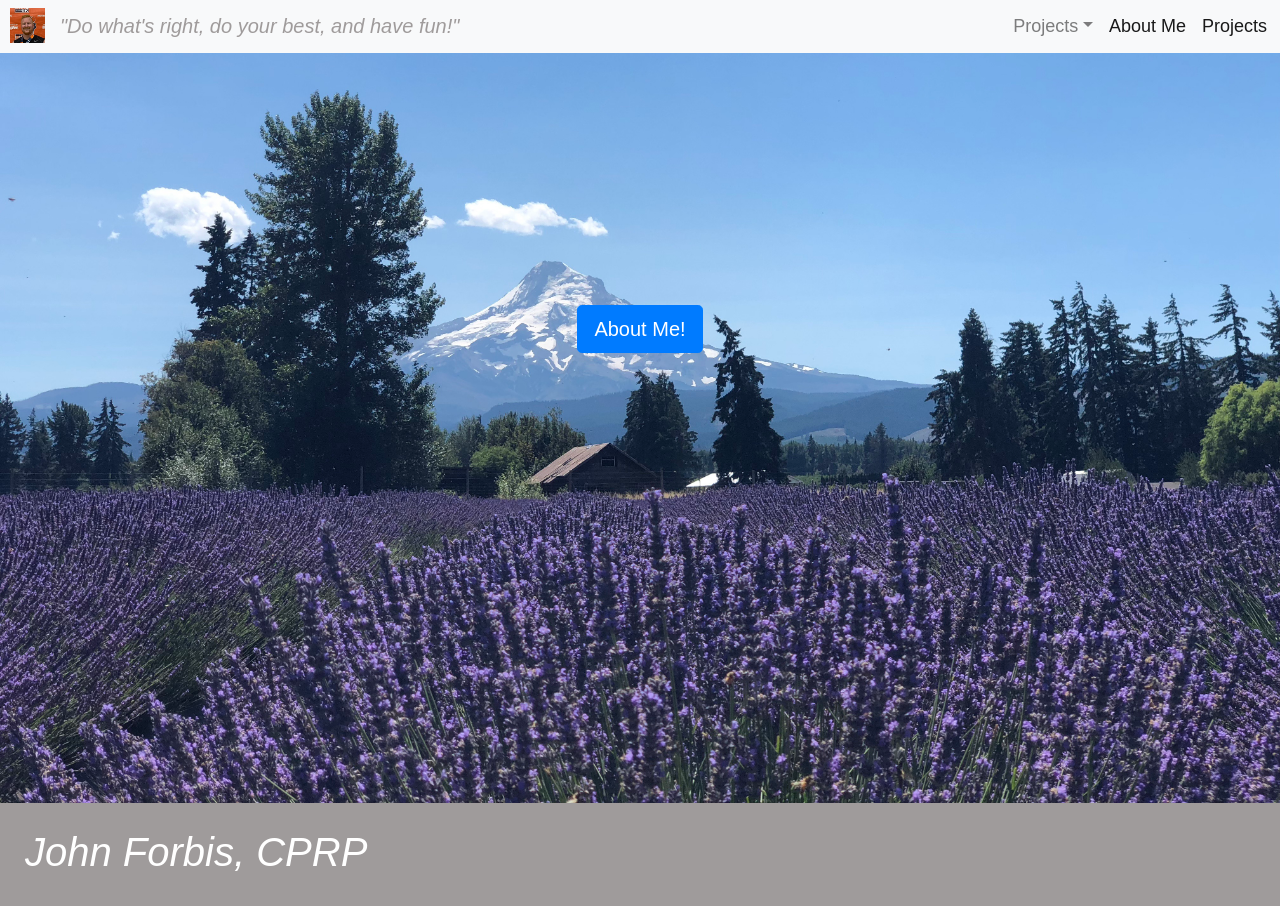
Repository: jforbis/john-forbis-data-analyst
Page: index.html
These files come from the project's save history. The page is drawn as it stood at one moment and after the next save; the edit follows.
The browser window is 1280 px wide. The pictures show the part of the page from y = 0 to 906 px (the page is 1929 px tall before and 2429 px after).
A picture or video elsewhere on the page could not be fetched, so the positions and the page height are approximate. Backgrounds fixed to the window are drawn as part of the page.

Above is the page before, as saved 2021-03-31 21:38:37.

### index.html
<!DOCTYPE html>
<html lang="en">

<head>
<meta charset="UTF-8">
<title class="text">John Forbis, CPRP</title>
<!--Bootstrap style sheet-->
<link rel="stylesheet" href="https://stackpath.bootstrapcdn.com/bootstrap/4.3.1/css/bootstrap.min.css" integrity="sha384-ggOyR0iXCbMQv3Xipma34MD+dH/1fQ784/j6cY/iJTQUOhcWr7x9JvoRxT2MZw1T" crossorigin="anonymous">
<!--link to style sheet-->
<link rel="stylesheet" type="text/css" href="static/css/style.css">
</head>

<!--Top Nav Bar-->
<nav class="navbar-expand-lg navbar-light bg-light nav-color navbar nav">
    <a class="navbar-brand" href="about_me.html">
        <img class="headshot-sm" src="resources/images/headshot.jpg">
    </a>
    <a class="navbar-brand" id="tagline" href="index.html"> <i>"Do what's right, do your best, and have fun!"</i></a>
    <button class="navbar-toggler" type="button" data-bs-toggle="collapse" data-bs-target="#navbarSupportedContent"
        aria-controls="navbarSupportedContent" aria-expanded="false" aria-label="Toggle navigation">
        <span class="navbar-toggler-icon"></span>
    </button>
    <div class="collapse navbar-collapse justify-content-end" id="navbarSupportedContent">
        <div class="nav navbar-nav navbar-right">
            <ul class="navbar-nav me-auto mb-2 mb-lg-0">
                <li class="nav-item dropdown">
                    <a class="nav-link dropdown-toggle" href="#" id="navbarDropdown" role="button"
                        data-bs-toggle="dropdown" aria-expanded="false">Projects</a>
                    <ul class="dropdown-menu" aria-labelledby="navbarDropdown">
                        <a class="dropdown-item" href="#">Schooling</a>
                        <a class="dropdown-item" href="#">Career</a>
                        <a class="dropdown-item" href="#">Accolades</a>
                    </ul>
                </li>
                <li class="nav-item active">
                    <a class="nav-link" href="#">About Me </a>
                </li>
                <li class="nav-item active">
                    <a class="nav-link" href="#">Projects </a>
                </li>
            </ul>
        </div>
    </div>
</nav>

<div class="wrapper">
    <!-- <nav class="navbar navbar-default">
        <div class="container-fluid">
        <div class="navbar-header">
            <!-- <a class="navbar-brand" href="index.html">UFO Sightings
            <img class="nav-ufo" src="resources/images/headshot.jpg">
            </a> -->
        <!-- </div>
        </div>
    </nav> -->
    <div class="hero text-center">
        <h1 class="text"><b>JOHN FORBIS, CPRP</b></h1>
        <p><a class="btn btn-primary btn-lg" href="#me" role="button">About Me!</a></p>
    </div>

<body>
    <div class="v1"></div>
    <h1><i id="me">John Forbis, CPRP</i></h1>
    <hr>
    <table>
        <tr>
            <td>
                <div class="card" style="width: 40rem;">
                    <div><img src="resources/images/headshot.jpg" class="headshot-md" alt="..."></div>
                    <div class="card-body">
                        <h5 class="card-title"><b>Who I Am:</b></h5>
                        <p class="card-text">
                        <div id="whoiam"><i><b>Data analyst with a passion for innovation, data analysis and keeping it fun!</b></i></div>
                        <br>
                        With a background in public service, facility management, and leadership of
                        muli-level teams as well as extensive training in both leadership and data analytics
                        through the Leadership Intensive program by The Changing Point and the University
                        of Kansas Data Analytics boot camp respectively, I would make a great addition
                        to any team. Acquired skills in: advanced Excel, Tableau, PowerBI, Python, Pandas, API calls,
                        SQL, Java Script, flask app, and Machine Learning.
                        <br><br>
                        I enjoy a good problem needing solved
                        and love to utilize data to tell the story. I am a proven innovator in my
                        career with a ‘can-do’ mindset; always searching for new and better solutions.

                    </p>
                    <a target=blank href="https://www.linkedin.com/in/john-forbis-cprp-96921513/" class="btn btn-primary">Connect with me!</a>
                    </div>
                </div>
            </td>
            <td style="vertical-align:bottom">
                <div class="second_card" style="width: 40rem;">
                        <div class="card-body">
                            <table>
                                <tr>
                                <th colspan=2>Professional Roles</th>
                                </tr>
                                <tr>
                                <td>CivicPlus | Implementation Consultant
                                </td>
                                <td>Rec Center Manager
                                </td>
                                </tr>
                                <tr>
                                <td>
                                    <div class="career-card" style="width: 18rem;">
                                        <img class="card-img-career" src="resources/images/cp.png" alt="CivicPlus">
                                        <div class="career-card-body">
                                        <h5 class="card-title">CivicPlus</h5>
                                        <p class="card-text">Some quick example text to build on the card title and make up the bulk of the card's content.</p>
                                        <a href="#" class="btn btn-primary">Learn about CivicPlus</a>
                                        </div>
                                    </div>
                                </td>
                                    <td>
                                        <a href="lenexa.html">
                                            <img src="resources/images/lenexareccenter.jpg" class="card-img-top" alt="...">
                                        </a>
                                    </td>
                                    </tr>

                                <tr>
                                    <td>Member Services Supervisor
                                        <a href="visualizations/cloudiness.html">
                                            <img src="Resources/assets/images/Fig3.png" class="card-img-top" alt="...">
                                    </a>
                                    </td>
                                    <td>Recreation Services Manager
                                        <a href="visualizations/windspeed.html">
                                            <img src="Resources/assets/images/Fig3.png" class="card-img-top" alt="...">
                                        </a>
                                    </td>
                                </tr>
                                <tr>
                                    <td>Recreation Specialist
                                        </br>
                                        </br>
                                        </br>
                                        </br>
                                        </br>
                                        </br>
                                        </br>
                                        </br>
                                        </br>
                                    </td>
                                </tr>
                                <tr>
                                    <td></td>
                                </tr>
                                <tr>
                                    <td></td>
                                </tr>
                                <tr>
                                    <td></td>
                                </tr>
                                <tr>
                                    <td></td>
                                </tr>
                                <tr>
                                    <td></td>
                                </tr>
                                <tr>
                                    <td></td>
                                </tr>
                            </table>
                        </div>
                </div>
            </td>
        </tr>
    </table>
</div>
</body>

<!--<table>
    <tr>
      <th>Month</th>
      <th>Savings</th>
    </tr>
    <tr>
      <td>January</td>
      <td>$100</td>
    </tr>
    <tr>
      <td>February</td>
      <td>$80</td>
    </tr>
    <tr>
      <td colspan="2">Sum: $180</td>
    </tr>
  </table>-->

### static/css/style.css
/* Styling for HTML elements */
body {
padding: 0;
margin: 0;
font-family: Georgia, "Times New Roman", Times, serif;
font-size: 18px;
line-height: 150%;
color: rgb(255, 255, 255);
background: #9f9b9b;
}

#career-img {
    width: 30px;
}
.dropdown {
position: relative;
display: inline-block;
}

.dropdown-menu {
display: none;
position: absolute;
background-color: #f9f9f9;
min-width: 160px;
box-shadow: 0px 8px 16px 0px rgba(0,0,0,0.2);
padding: 12px 16px;
z-index: 1;
}

.dropdown:hover .dropdown-menu {
display: block;
}

h1 {
padding: 15px;
margin: 10px;
color: white
}

h3 {
margin-left: 35px;
color: white;
font-size: 16px
}

hr {
height: 2px;
background-color: white
}

.card {
color: #9f9b9b;
font-size: 14px;
margin-left: 40px;
margin-top: top;
border-color: #9f9b9b;
vertical-align: text-top
}

.card-body {
    margin-top: 100px;
}

.career-card-body {
    margin-top: 10px;
    padding: 20px;
}

.career-card {
    color: #9f9b9b;
    font-size: 14px;
    background-color: white;
    margin-top: top;
    border-color: #9f9b9b;
    vertical-align: text-top;
    position: relative;
    display: flex;
    flex-direction: column;
    min-width: 0;
    word-wrap: break-word;
    background-clip: border-box;
    border: 1px solid rgba(0,0,0,.125);
    border-radius: .25rem;
    }

#whoiam {
    text-align: center;
    color: #70A6E4;
    font-size: 16px
}
.second_card {
margin-top: -140px;
margin-left: 40px
}

.card-img-top {
width: 50%;
height: auto;
}

.card-title {
font-size: 18px
}

.top_row {
position: sticky;
top: 0;
background-color: #353A3F;
}

.navbar-expand-lg navbar-light bg-light nav-color navbar nav {
position: sticky;
top: 0;
}

* {
box-sizing: border-box;
font-family: Ubuntu, sans-serif;
}

html,
body {
height: 100%;
padding: 0;
margin: 0;
}

/* The wrapper contains all of the page's content besides the footer, which is pushed to the bottom of the page */
.wrapper {
position: relative;
min-height: 100%;
padding-bottom: 130px;
overflow: auto;
}

/* The footer is positioned at the bottom of the page */
.footer {
position: absolute;
right: 0;
bottom: 0;
left: 0;
min-height: 100px;
background: #4e5d6c;
}

/* The code styles the text at the bottom of the footer */
.footer > .bottom {
position: absolute;
right: 0;
bottom: 0;
left: 0;
padding: 5px;
background: #1b3146;
}

.navbar {
padding: 5px;
margin: 0;
}

/* This CSS styles the photo in the navbar */
.headshot-sm {
position: absolute;
bottom: 10px;
left: 10px;
width: 35px;
color: white;
}

/* This CSS styles the photo in the 'Who I Am' card' */
.headshot-md {
    position: absolute;
    width: 20%;
    left: 20px;
    top: 20px;
    color: black;
    margin-bottom: 20px
    }

.card-img-career{
    border-top-left-radius: calc(.25rem - 1px);
    border-top-right-radius: calc(.25rem - 1px);
    max-width: 80%;
    margin-left: auto;
    margin-right: auto;
    margin-top: 25px;
    /* position: relative;
    background-color: #FFFFFF;
    color: black;
    width: 250px;
    height: 250px;
    padding: 20px;
    display: inline-block;
    vertical-align: middle */
}


#tagline {
    position: absolute;
    left: 60px;
    font-family: verdana;
    color: #9f9b9b;
}

/* Adding styles to the aside and filter form */
.ufo-form {
margin-top: 50px;
}

.filters .panel-body {
padding: 0;
}

.filters {
margin-top: 10px;
}

select {
display: block;
width: 100%;
padding: 8px;
color: #8e979f;
outline: none;
}

#table-area th {
text-align: center;
}

#table-area th:first-child,
#table-area th:nth-child(2),
#table-area th:nth-child(6) {
min-width: 70px;
}

.loader {
margin-top: 50px;
}

.margin-top-50 {
margin-top: 50px;
}

/* The styles for the parallax */
.hero {
position: relative;
height: 750px;
padding: 10px;
margin: 0;
background-image: url("../../resources/images/IMG_1779.jpg");
background-attachment: fixed;
background-position: bottom center;
background-size: cover;
}

.hero h1 {
margin-top: 200px;
font-size: 0.1rem;
animation: title 1.2s forwards linear;
}

.hero p {
font-size: 2rem;
opacity: 0;
animation: subtitle 1.2s forwards linear;
animation-delay: 1.2s;
}

/* input placeholder color changes */
/* .form-control::-webkit-input-placeholder {
/* Chrome/Opera/Safari */
/* color: #8e979f; */
/* } */ */

/* .form-control::-moz-placeholder { */
/* Firefox 19+ */
/* color: #8e979f; */
/* } */

/* .form-control:-ms-input-placeholder { */
/* IE 10+ */
/* color: #8e979f; */
}

/* .form-control:-moz-placeholder { */
/* Firefox 18- */
/* color: #8e979f;
} */

/* media queries which will only be activated at specific screen sizes */
@media (max-width: 800px) {
#table-area td {
    font-size: 1em;
}
}

@media (max-width: 500px) {
#table-area thead {
    display: none;
}

#table-area tr td:first-child {
    font-size: 1.8em;
    font-weight: bold;
    background: #1b3146;
}

#table-area tr td:last-child {
    margin-bottom: 20px;
}

#table-area tr td:last-child::after {
    display: block;
    width: 100%;
    height: 1px;
    margin-top: 20px;
    content: " ";
    background: aliceblue;
}

#table-area td {
    font-size: 1.25em;
}

#table-area tbody td {
    display: block;
    text-align: center;
}

#table-area tbody td::before {
    display: block;
    font-size: 1.4em;
    font-weight: bold;
    text-align: center;
    content: attr(data-th);
}

.hero h1 {
    animation: smaller-title 1.2s forwards linear;
}
}

/* keyframe animations which will be used to animate the title */
@keyframes title {
from {
    opacity: 0;
}

to {
    font-size: 7.5rem;
    opacity: 1;
}
}

@keyframes smaller-title {
from {
    opacity: 0;
}

to {
    font-size: 5.5rem;
    opacity: 1;
}
}

@keyframes subtitle {
from {
    opacity: 0;
}

to {
    opacity: 1;
}
}

After the next save:
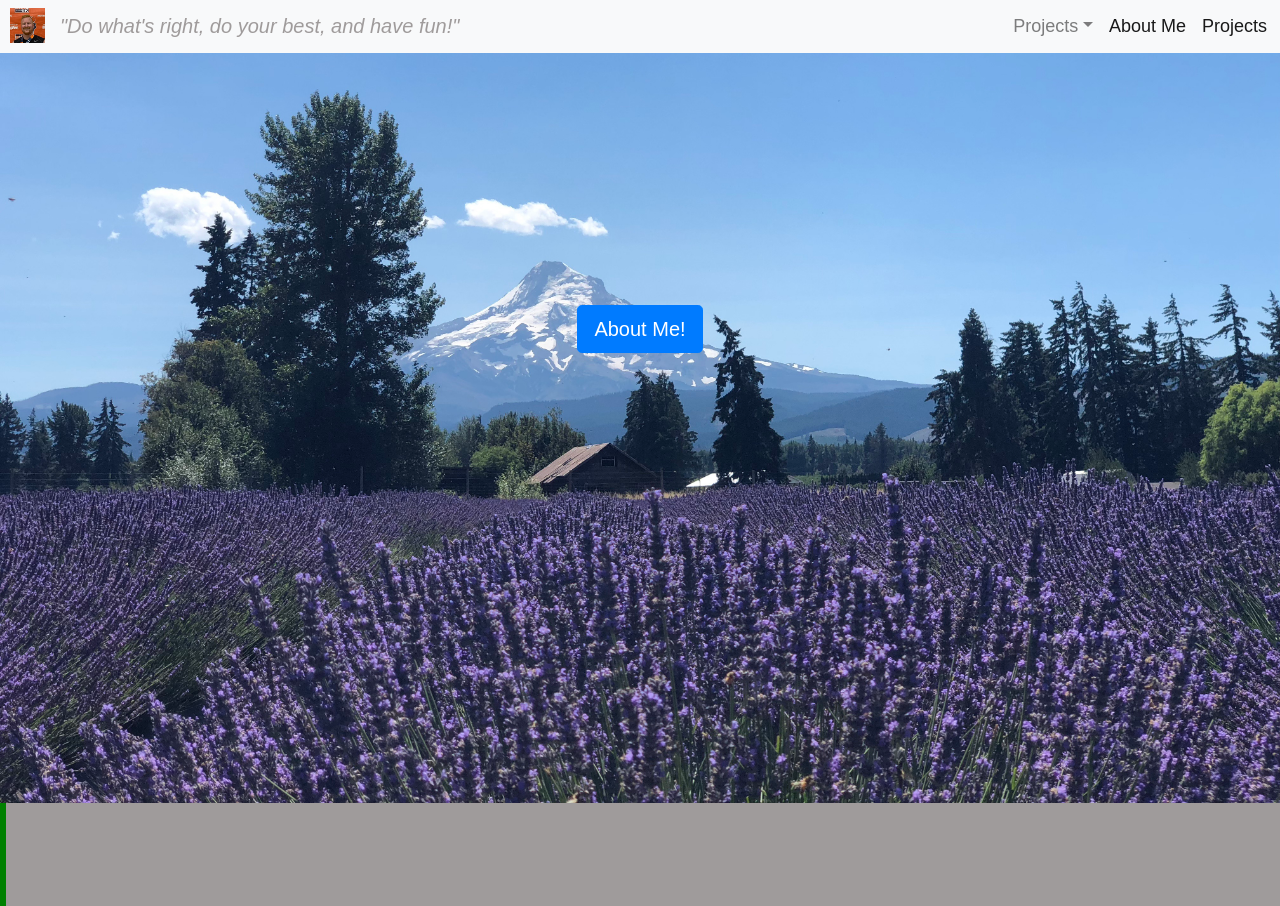
Saved 52 s later.
--- a/static/css/style.css
+++ b/static/css/style.css
@@ -177,6 +177,11 @@
     margin-bottom: 20px
     }
 
+.v1 {
+    border-left: 6px solid green;
+    height: 500px;
+}
+
 .card-img-career{
     border-top-left-radius: calc(.25rem - 1px);
     border-top-right-radius: calc(.25rem - 1px);

After the save that followed:
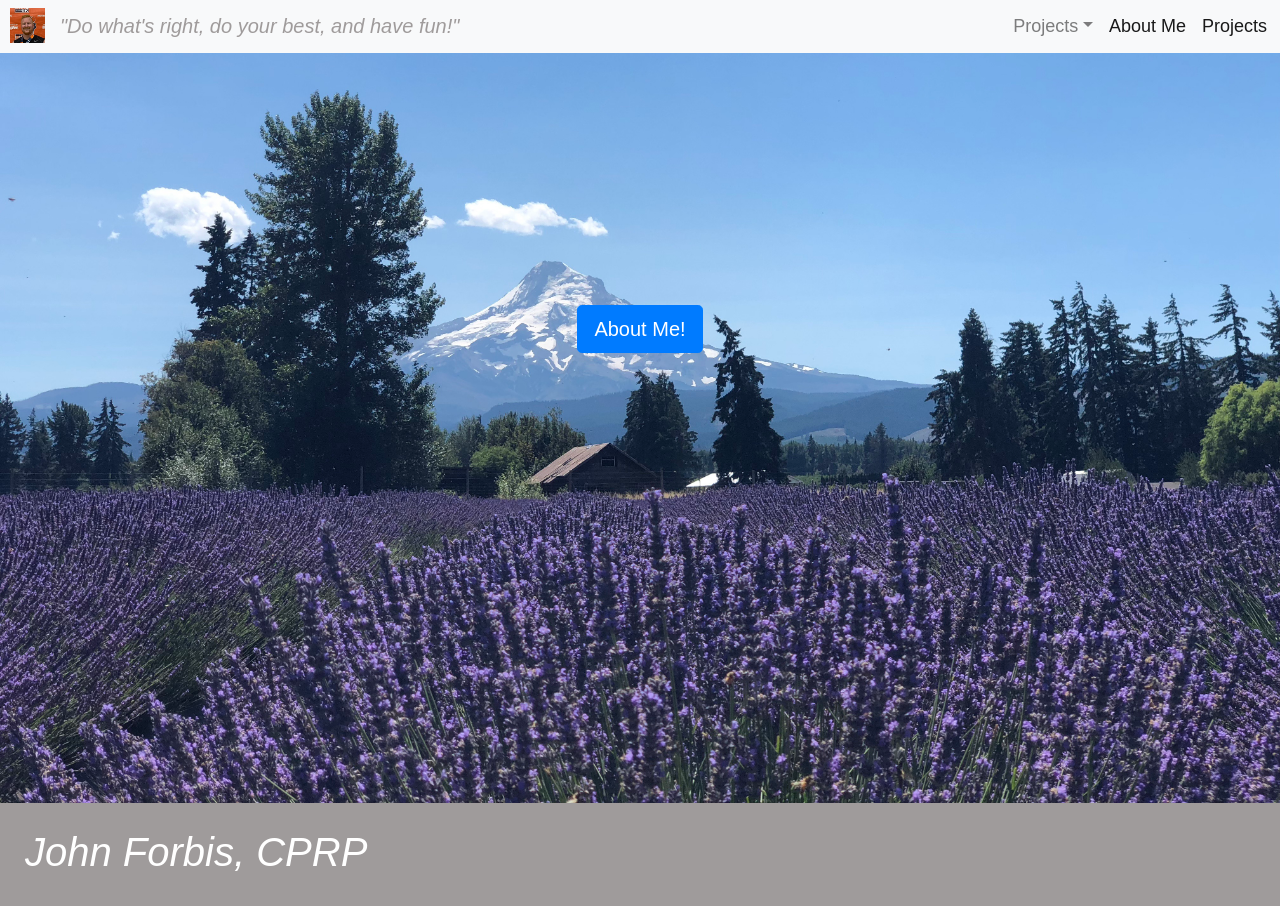
Saved 25 s later.
--- a/index.html
+++ b/index.html
@@ -59,7 +59,6 @@
     </div>
 
 <body>
-    <div class="v1"></div>
     <h1><i id="me">John Forbis, CPRP</i></h1>
     <hr>
     <table>
